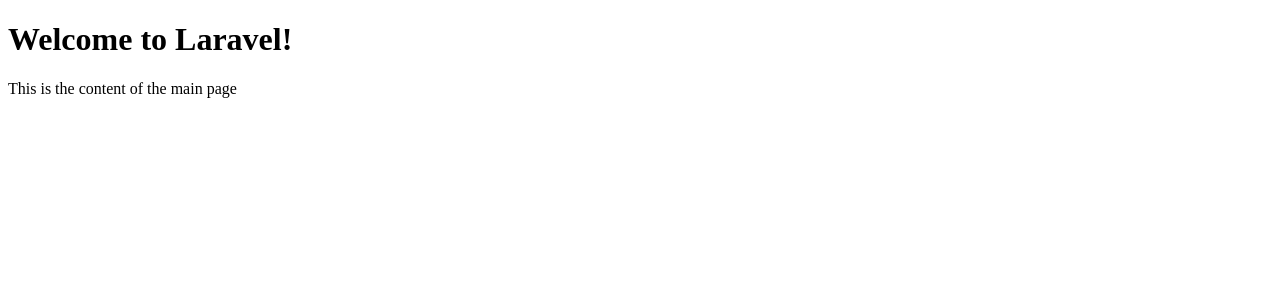
Repository: VieiraSA/laravel-course
Page: http://localhost/
These files come from the project's save history. The page is drawn as it stood at one moment and after the next save; the edit follows.
The browser window is 1280 px wide. The pictures show the whole page.
The page is served by the project's Laravel application, run on PHP 8.4 with Laravel 8.

Above is the page before, as saved 2020-06-01 10:59:08.

After the next save:
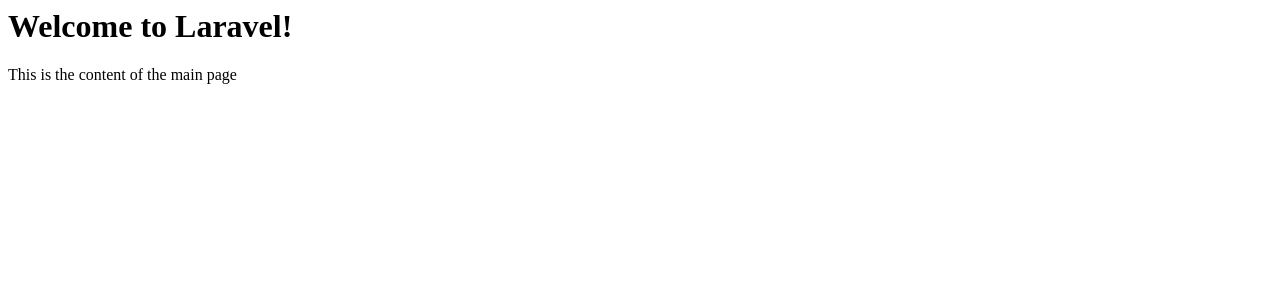
Saved 2 min 25 s later.
--- a/resources/views/home.blade.php
+++ b/resources/views/home.blade.php
@@ -1,12 +1,3 @@
-<!DOCTYPE html>
-<html lang="en">
-<head>
-  <meta charset="UTF-8">
-  <meta name="viewport" content="width=device-width, initial-scale=1.0">
-  <title>Document</title>
-</head>
-<body>
+@extends('layout')
   <h1>Welcome to Laravel!</h1>
   <p>This is the content of the main page</p>
-</body>
-</html>
